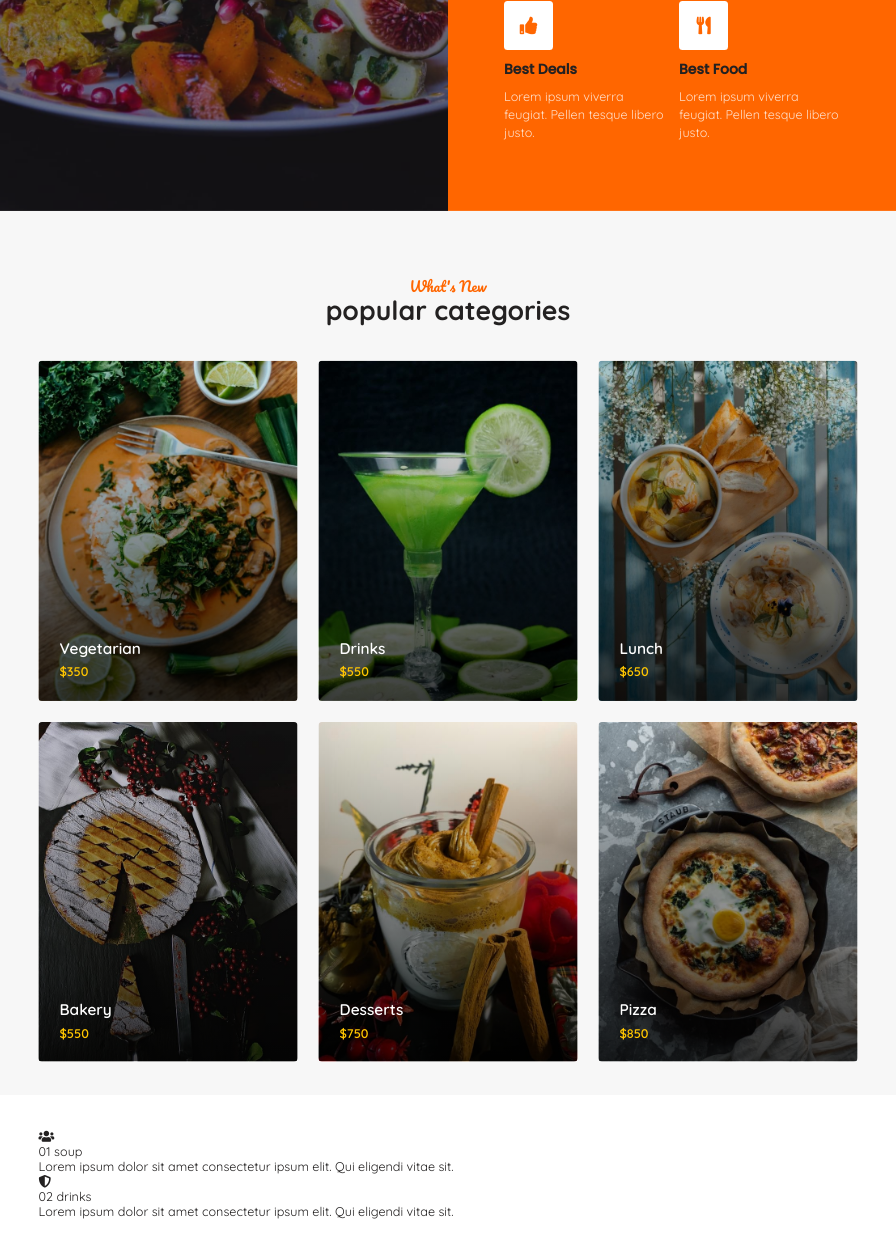
Repository: baobaodeveloper/bootscap21_project_AnhBao_VietToan_VietDuc
Page: index.html
The author's editor kept a copy of each file at every save. The page is drawn from the files as they stood at one save, then again after the next save.
The browser window is 1280 px wide. The pictures show the part of the page from y = 1235 to 3155 px (the page is 3026 px tall before and 3155 px after), at 70% of full size.
Backgrounds fixed to the window are drawn as part of the page.

Above is the page before, as saved 2022-03-03 11:12:15.

### index.html
<!DOCTYPE html>
<html lang="en">
  <head>
    <meta charset="UTF-8" />
    <meta http-equiv="X-UA-Compatible" content="IE=edge" />
    <meta name="viewport" content="width=device-width, initial-scale=1.0" />

    <!-- fontawesome link cdn -->
    <link
      rel="stylesheet"
      href="https://cdnjs.cloudflare.com/ajax/libs/font-awesome/5.15.4/css/all.min.css"
      integrity="sha512-1ycn6IcaQQ40/MKBW2W4Rhis/DbILU74C1vSrLJxCq57o941Ym01SwNsOMqvEBFlcgUa6xLiPY/NS5R+E6ztJQ=="
      crossorigin="anonymous"
      referrerpolicy="no-referrer"
    />

    <!-- font -->
    <link rel="preconnect" href="https://fonts.googleapis.com" />
    <link rel="preconnect" href="https://fonts.gstatic.com" crossorigin />
    <link
      href="https://fonts.googleapis.com/css2?family=Pacifico&family=Poppins:wght@300;400;500&family=Quicksand:wght@300;400;500;600;700&display=swap"
      rel="stylesheet"
    />

    <link rel="stylesheet" href="style.css" />
    <title>Diner</title>
  </head>
  <body>
    <header class="header">
      <div class="header__wrapper container">
        <div class="header__top">
          <a class="header__logo" href="#">Diner</a>

          <div class="header__navbar">
            <form class="navbar__search">
              <input type="search" placeholder="Search here..." id="search" />
              <label for="search" class="fas fa-search"></label>
            </form>

            <div class="mode__container">
              <i class="fas fa-sun" id="dark"></i>
              <i class="fas fa-moon" id="light"></i>
            </div>

            <div class="fa fa-bars" id="menu-button"></div>
          </div>

          <nav class="navbar__list">
            <i class="fas fa-times" id="close-button"></i>
            <a href="#">home</a>
            <a href="#">about</a>
            <a href="#">services</a>
            <a href="#">blogs</a>
            <a href="#">404</a>
            <a href="#">landing page</a>
            <a href="#">contact</a>
            <a href="#">shot codes</a>
            <a href="#">email</a>
          </nav>
        </div>

        <div class="header__content">
          <h2>the only thing we love more than food is you!</h2>
          <p>
            Lorem ipsum dolor sit amet consectetur ipsum elit. Qui eligendi
            vitae sit.Ea ipsum sed consequuntur illum facere.
          </p>
          <a href="#" class="btn"
            >read more <i class="fas fa-angle-right"></i
          ></a>
        </div>
      </div>
    </header>

    <section class="about container pad-med">
      <div class="heading">
        <span>about us</span>
        <h3>We found our creative space that is open for you.</h3>
      </div>

      <div class="text">
        <p>
          Lorem ipsum viverra feugiat. Pellen tesque libero ut justo, ultrices
          in ligula. Semper at tempufddfel. Lorem ipsum dolor sit amet elit. Non
          quae, fugiat nihil ad. Lorem ipsum dolor sit amet. Lorem ipsum init
          dolor sit, amet elit. Dolor ipsum non velit, culpa!Lorem ipsum init
          dolor sit.
        </p>

        <p>
          Lorem ipsum viverra feugiat. Pellen tesque libero ut justo, ultrices
          in ligula. Semper at tempufddfel. Lorem ipsum dolor sit amet elit. Non
          quae, fugiat nihil ad. Lorem ipsum dolor sit amet.
        </p>
      </div>
    </section>

    <section class="restaurant">
      <div class="restaurant__img">
        <img src="./image/banner3.jpg" alt="#" />
      </div>

      <div class="restaurant__content">
        <div class="heading">
          <span>more than 3000 restaurant</span>
          <h3>Book a table easly at the best price</h3>
        </div>

        <div class="text">
          <p>
            Vestibulum ante ipsum primis in faucibus orci luctus turpis sodales
            quis. Integer sit amet mattis quam.Vivamus a ligula quam tesque et
            libero ut justo ultrices in.
          </p>
        </div>

        <div class="restaurant__best">
          <div class="best__item">
            <i class="fas fa-thumbs-up"></i>
            <h4>best deals</h4>
            <p class="text">
              Lorem ipsum viverra feugiat. Pellen tesque libero justo.
            </p>
          </div>

          <div class="best__item">
            <i class="fas fa-utensils"></i>
            <h4>best food</h4>
            <p class="text">
              Lorem ipsum viverra feugiat. Pellen tesque libero justo.
            </p>
          </div>
        </div>
      </div>
    </section>

    <section class="categories-wrapper">
      <div class="categories container pad-med">
        <div class="heading text-align pad-med">
          <span>what's new</span>
          <h3>popular categories</h3>
        </div>

        <div class="categories__list">
          <div class="categories__item">
            <div class="categories__img">
              <img src="./image/g1.jpg" alt="" />
            </div>
            <div class="categories__info">
              <span class="categories__name"> vegetarian </span>
              <span class="categories__price"> $350 </span>
            </div>
          </div>

          <div class="categories__item">
            <div class="categories__img">
              <img src="./image/g2.jpg" alt="" />
            </div>
            <div class="categories__info">
              <span class="categories__name"> drinks </span>
              <span class="categories__price"> $550 </span>
            </div>
          </div>

          <div class="categories__item">
            <div class="categories__img">
              <img src="./image/g3.jpg" alt="" />
            </div>
            <div class="categories__info">
              <span class="categories__name"> lunch </span>
              <span class="categories__price"> $650 </span>
            </div>
          </div>

          <div class="categories__item">
            <div class="categories__img">
              <img src="./image/g4.jpg" alt="" />
            </div>
            <div class="categories__info">
              <span class="categories__name"> bakery </span>
              <span class="categories__price"> $550 </span>
            </div>
          </div>

          <div class="categories__item">
            <div class="categories__img">
              <img src="./image/g5.jpg" alt="" />
            </div>
            <div class="categories__info">
              <span class="categories__name"> desserts </span>
              <span class="categories__price"> $750 </span>
            </div>
          </div>

          <div class="categories__item">
            <div class="categories__img">
              <img src="./image/g6.jpg" alt="" />
            </div>
            <div class="categories__info">
              <span class="categories__name"> pizza </span>
              <span class="categories__price"> $850 </span>
            </div>
          </div>
        </div>
      </div>
    </section>

    <section class="menu container">
      <div class="menu_list pad-med">
        <div class="menu__item">
          <div class="menu__header">
            <i class="fas fa-users"></i>
            <div class="menu__info">
              <span class="menu__number">01</span>
              <span class="menu__name">soup</span>
            </div>
          </div>

          <p class="menu__content">
            Lorem ipsum dolor sit amet consectetur ipsum elit. Qui eligendi
            vitae sit.
          </p>
        </div>

        <div class="menu__item">
          <div class="menu__header">
            <i class="fas fa-shield-alt"></i>
            <div class="menu__info">
              <span class="menu__number">02</span>
              <span class="menu__name">drinks</span>
            </div>
          </div>

          <p class="menu__content">
            Lorem ipsum dolor sit amet consectetur ipsum elit. Qui eligendi
            vitae sit.
          </p>
        </div>
      </div>
    </section>

    <script src="app.js"></script>
  </body>
</html>

### style.css
* {
  padding: 0;
  margin: 0;
  box-sizing: border-box;
}

:root {
  --primary-font: "Quicksand", sans-serif;
  --secondary-font: "Pacifico", cursive;
  --third-font: "Poppins", sans-serif;
  --primary-color: #ff6600;
  --title-color: #232121;
  --white-color: #fff;
  --text-color: #161c2db3;
  --price-color: #ffc600;
}

img {
  display: block;
  max-width: 100%;
}

button,
input {
  display: inline-block;
  border: none;

  font-family: var(--primary-font);
  font-size: 1.6rem;

  outline: none;
}

a {
  display: inline-block;
  text-decoration: none;
}

html {
  font-size: 62.5%;
}

.container {
  max-width: 1200px;
  margin: 0 auto;
  padding: 0 1.5rem;
}

body {
  color: var(--title-color);

  font-family: var(--primary-font);
  font-size: 1.8rem;
  line-height: 1.2;
}

.pad-med {
  padding-top: 4.8rem;
  padding-bottom: 4.8rem;
}

.text-align {
  text-align: center;
}

.heading span {
  margin-bottom: 0.5rem;

  color: var(--primary-color);

  font-family: var(--secondary-font);
  font-size: 2rem;
  text-transform: capitalize;
}

.heading h3 {
  font-size: 3.8rem;
}

.text {
  color: var(--text-color);

  font-size: 1.8rem;
  line-height: 1.4;
}

.text p {
  margin: 2rem 0;
}

.btn {
  display: inline-flex;
  align-items: center;
  padding: 1.2rem 4.5rem;
  border-radius: 0.5rem;
  border: 1.5px solid var(--white-color);

  color: var(--white-color);
  background-color: transparent;

  font-family: var(--third-font);
  font-size: 1.6rem;
  text-transform: capitalize;
  font-weight: bold;

  transition: 0.4s linear;
}

.btn i {
  display: inline-block;
  margin-left: 0.5rem;

  font-size: 2rem;
}

.btn:hover {
  background-color: var(--white-color);
  color: var(--primary-color);
}

/* header section starts */
#dark {
  display: none;
}

.header {
  background-image: linear-gradient(to right, #ff6600, hsl(30deg 100% 1% / 20%)),
    url(./image/banner1.jpg);

  background-size: cover;
  background-repeat: no-repeat;
  background-attachment: fixed;

  min-height: 70vh;
}

.header__top {
  display: flex;
  justify-content: space-between;
  padding-top: 4rem;
  padding-bottom: 2rem;
}

.header__logo {
  color: var(--white-color);

  font-size: 3.3rem;
  font-weight: bold;
}

.navbar__search {
  position: relative;
}

.navbar__search input {
  padding: 1rem 5rem 1rem 2rem;

  border-radius: 0.5rem;

  color: var(--text-color);
}

.navbar__search label {
  position: absolute;
  top: 50%;
  right: 2.5rem;

  transform: translate(50%, -50%);

  font-size: 1.5rem;

  cursor: pointer;
}

.header__navbar {
  display: flex;
  justify-content: space-between;
  align-items: center;
  gap: 2rem;
}

.mode__container,
#menu-button {
  color: var(--white-color);

  cursor: pointer;
}

.mode__container {
  font-size: 2.4rem;
}

#menu-button {
  font-size: 3.1rem;
}

.header__content {
  max-width: 60rem;
  margin-top: 10rem;

  color: var(--white-color);
}

.header__content h2 {
  font-size: 5.4rem;

  text-transform: capitalize;
}

.header__content p {
  margin: 2.4rem 0 4.8rem;

  font-size: 1.6rem;
  line-height: 1.6;
}

.navbar__list {
  position: fixed;
  top: 0;
  left: 0;
  width: 100vw;
  height: 100vh;
  z-index: 20;

  display: flex;
  flex-direction: column;
  align-items: center;
  justify-content: center;

  visibility: hidden;
  opacity: 0;
  transform: scale(0.9);

  background-color: rgb(6 3 0 / 77%);

  transition: transform 0.3s, opacity 0.9s, visibility 0s 0.4s;
}

.navbar__list.active {
  visibility: visible;
  opacity: 1;
  transform: scale(1);

  transition: transform 0.4s, opacity 0.4s;
}

.navbar__list a {
  margin: 1.5rem 0;

  color: var(--white-color);

  text-transform: capitalize;
  font-family: var(--third-font);
  font-size: 2rem;
  font-weight: 600;

  transition: 0.2s linear;
}

.navbar__list a:hover {
  color: var(--primary-color);
}

#close-button {
  position: absolute;
  top: 3rem;
  right: 3rem;
  z-index: 25;

  width: 3.5rem;
  height: 3.5rem;
  border-radius: 0.5rem;

  color: var(--white-color);
  background-color: var(--primary-color);

  line-height: 3.5rem;
  text-align: center;
  font-size: 1.6rem;

  cursor: pointer;
}

/* header section ends */

/* about section starts */
.about {
  display: flex;
  gap: 6rem;
  flex-wrap: wrap;
}

.about .heading {
  width: calc(40% - 3rem);
}

.about .text {
  width: calc(60% - 3rem);
}

/* about section ends */

/* restaurant section starts */
.restaurant {
  display: flex;
  justify-content: space-between;
  flex-wrap: wrap;
}

.restaurant__img {
  position: relative;

  width: 50%;
}
.restaurant__img::before {
  content: "";
  position: absolute;
  width: 100%;
  height: 100%;
  top: 0;
  left: 0;
  z-index: 4;

  background-color: rgb(16 15 19 / 46%);
}

.restaurant__img img {
  width: 100%;
  height: 100%;
  object-fit: cover;
}

.restaurant__content {
  padding: 10rem 8rem;
  width: 50%;

  background-color: var(--primary-color);
}

.restaurant__content .heading span {
  color: var(--white-color);
}

.restaurant__content .text {
  color: #ffdfc9;
}

.restaurant__best {
  margin-top: 3rem;
  display: flex;
  justify-content: space-between;
  gap: 2rem;
}

.best__item {
  width: 50%;
}
.best__item i {
  display: inline-block;
  width: 7rem;
  height: 7rem;
  border-radius: 0.5rem;

  color: var(--primary-color);
  background-color: var(--white-color);

  line-height: 7rem;
  text-align: center;
  font-size: 2.5rem;
}

.best__item h4 {
  margin: 1.5rem 0;

  text-transform: capitalize;
  font-family: var(--third-font);
  font-size: 2rem;
}
/* restaurant section ends */

/* categories section starts */
.categories-wrapper {
  background-color: #f7f7f7;
}

.categories__list {
  display: grid;
  grid-template-columns: repeat(auto-fill, minmax(30rem, 1fr));
  grid-gap: 3rem;
}

.categories__img {
  width: 100%;
}

.categories__item {
  position: relative;

  border-radius: 0.5rem;
  overflow: hidden;
}

.categories__item::before {
  content: "";
  position: absolute;
  inset: 0;
  z-index: 1;
  background: linear-gradient(
    to bottom,
    rgba(0, 0, 0, 0) 0,
    rgba(0, 0, 0, 0.53) 69%,
    rgba(0, 0, 0, 0.76) 100%
  );
}

.categories__info {
  position: absolute;
  bottom: 3rem;
  left: 3rem;
  z-index: 3;
}

.categories__name {
  display: block;
  margin-bottom: 1rem;

  color: var(--white-color);

  text-transform: capitalize;
  font-size: 2.2rem;
  font-weight: 600;
}

.categories__price {
  color: var(--price-color);

  font-size: 1.8rem;
  font-weight: 600;
}

.categories__img img {
  width: 100%;
  height: 100%;
  object-fit: cover;

  transition: 0.3s linear;
}

.categories__item:hover img {
  opacity: 0.8;
}
/* categories section ends */

/* media query */
@media screen and (max-width: 1200px) {
  .restaurant__img,
  .restaurant__content {
    width: 100%;
  }

  .restaurant__content {
    text-align: center;
  }

  .best__item {
    display: flex;
    flex-direction: column;
    justify-content: center;
    align-items: center;
  }

  .categories__list {
    grid-gap: 1.5rem;
  }
}

@media screen and (max-width: 991px) {
  .header {
    background-position: center;

    min-height: 60vh;
  }

  .about {
    gap: 0rem;
  }

  .about .heading {
    text-align: center;
  }

  .about .heading,
  .about .text {
    width: 100%;
  }

  .categories__item {
    max-height: 50rem;
  }
}

@media screen and (max-width: 767px) {
  html {
    font-size: 55%;
  }

  .header {
    min-height: 50vh;
  }

  .restaurant__content {
    padding: 3rem 2rem;
  }

  .categories.pad-med {
    padding-top: 1rem;
  }
}

### app.js
const menuBtn = document.getElementById("menu-button");
const navList = document.querySelector(".navbar__list");
const closBtn = document.getElementById("close-button");
menuBtn.addEventListener("click", () => {
  navList.classList.add("active");
});

closBtn.addEventListener("click", () => {
  navList.classList.remove("active");
});

After the next save:
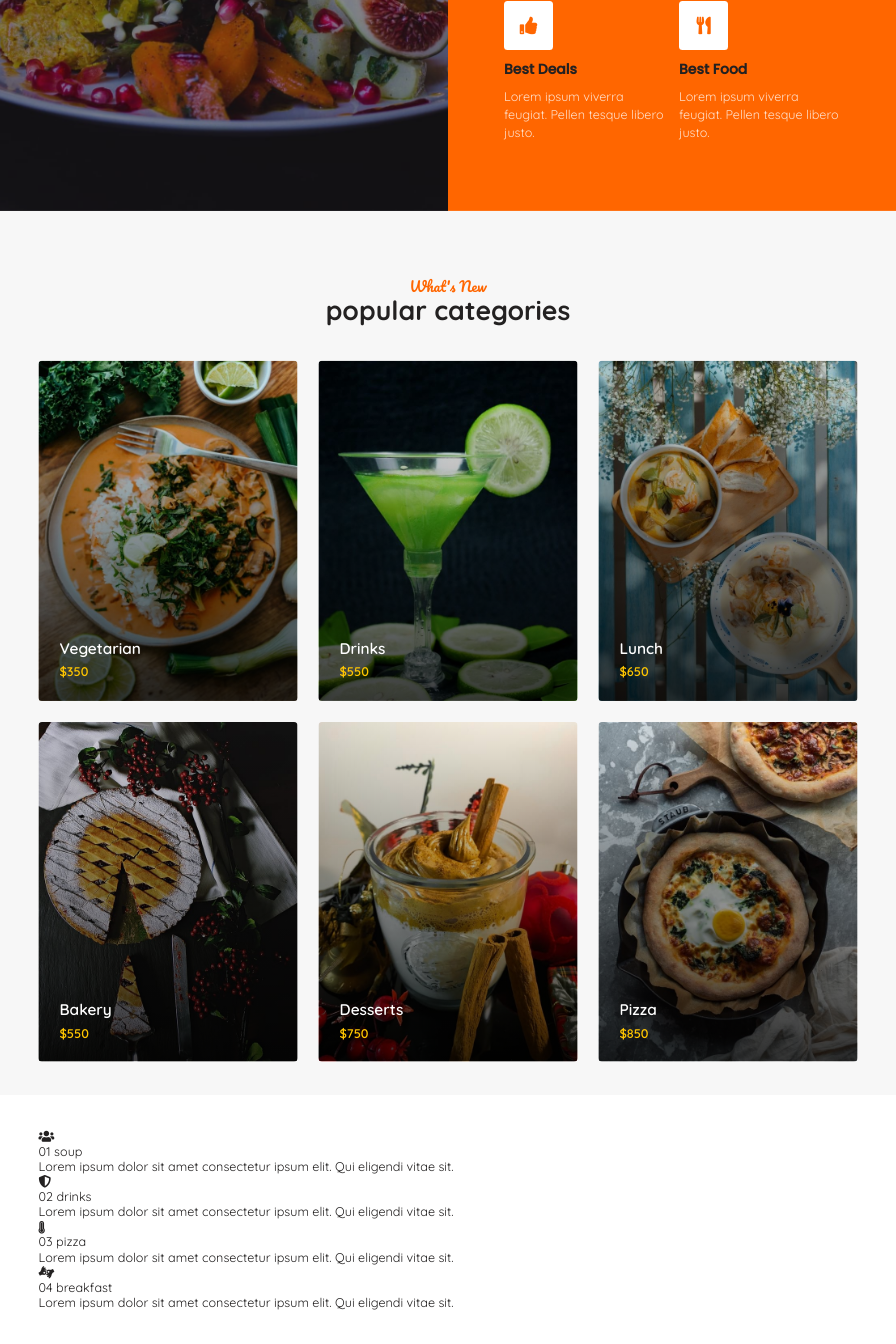
Saved 2 min 55 s later.
--- a/index.html
+++ b/index.html
@@ -236,6 +236,36 @@
             vitae sit.
           </p>
         </div>
+
+        <div class="menu__item">
+          <div class="menu__header">
+            <i class="fas fa-thermometer-full"></i>
+            <div class="menu__info">
+              <span class="menu__number">03</span>
+              <span class="menu__name">pizza</span>
+            </div>
+          </div>
+
+          <p class="menu__content">
+            Lorem ipsum dolor sit amet consectetur ipsum elit. Qui eligendi
+            vitae sit.
+          </p>
+        </div>
+
+        <div class="menu__item">
+          <div class="menu__header">
+            <i class="fas fa-american-sign-language-interpreting"></i>
+            <div class="menu__info">
+              <span class="menu__number">04</span>
+              <span class="menu__name">breakfast</span>
+            </div>
+          </div>
+
+          <p class="menu__content">
+            Lorem ipsum dolor sit amet consectetur ipsum elit. Qui eligendi
+            vitae sit.
+          </p>
+        </div>
       </div>
     </section>
 
